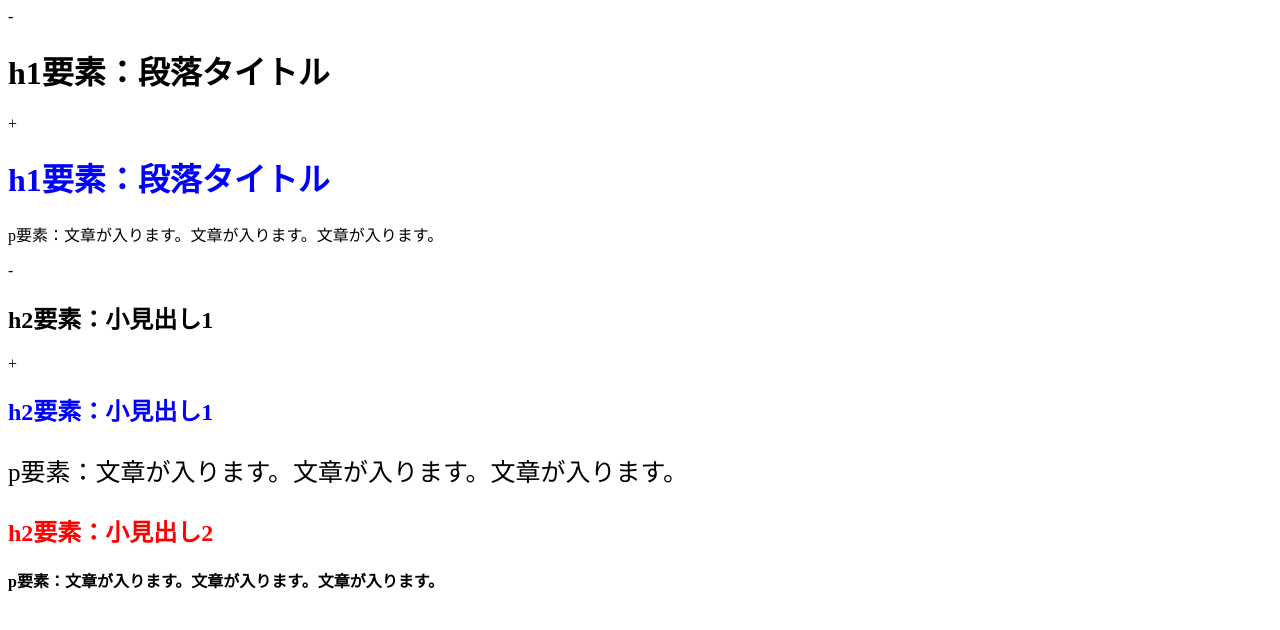
Repository: ss748/samurai_HTML-CSS
Page: index.html
The author's editor kept a record of every edit. The page is drawn from the files as they stood at one moment, then again after the next edit.
The browser window is 1280 px wide. The pictures show the whole page.

Above is the page before.

After the next edit:
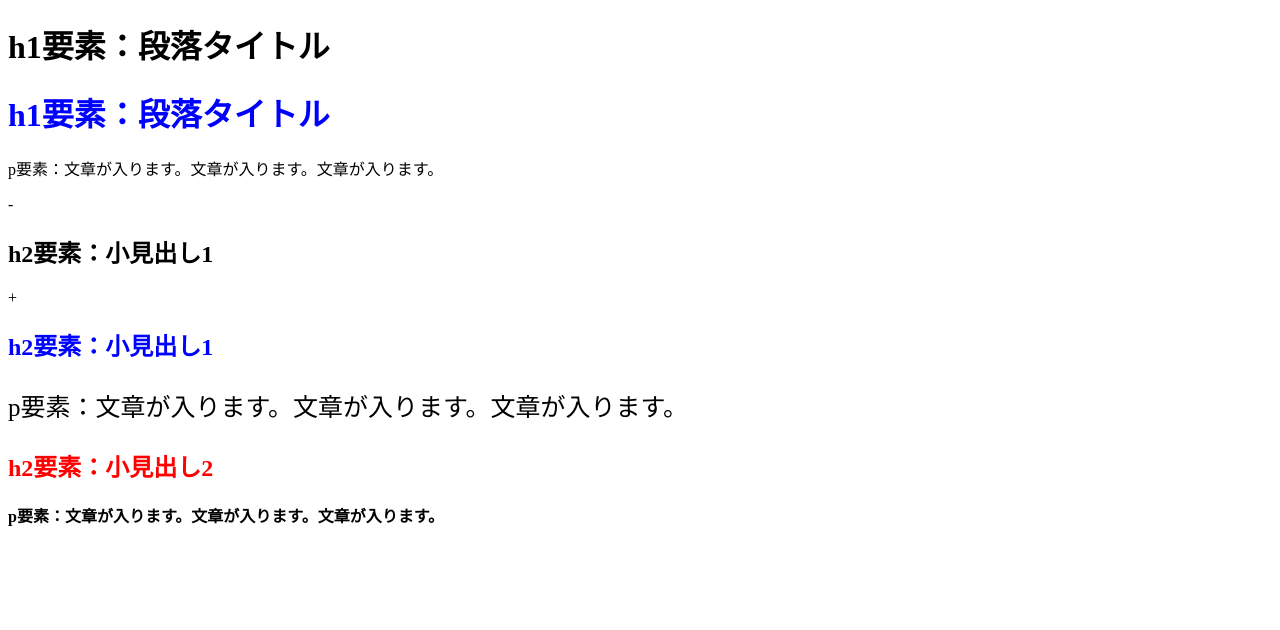
The edit:
--- a/index.html
+++ b/index.html
@@ -13,8 +13,8 @@
     </style>
   </head>
   <body>
--    <h1>h1要素：段落タイトル</h1>
-+    <h1 class="blue">h1要素：段落タイトル</h1>
+      <h1>h1要素：段落タイトル</h1>
+    <h1 class="blue">h1要素：段落タイトル</h1>
     <p>p要素：文章が入ります。文章が入ります。文章が入ります。</p>
 -    <h2>h2要素：小見出し1</h2>
 +    <h2 class="blue">h2要素：小見出し1</h2>
